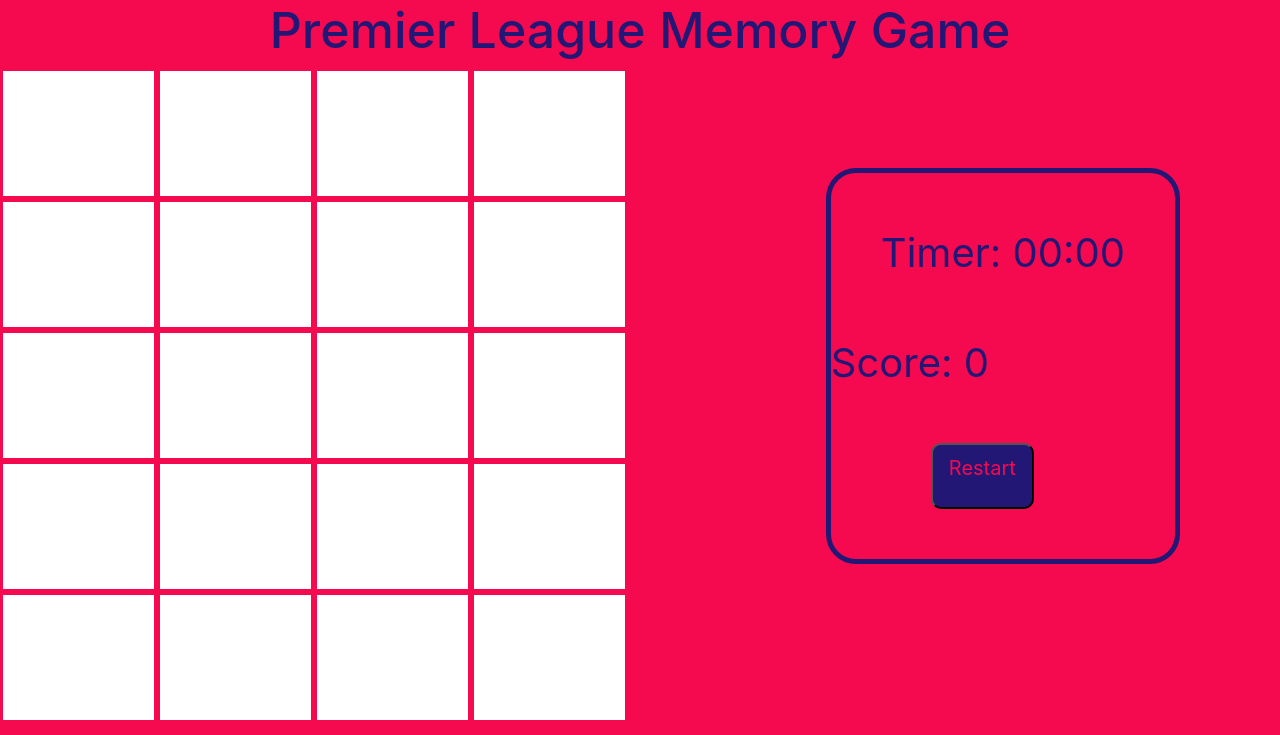
Repository: IchaTreasure/Premier-League-Memory-Game-
Page: index.html
The author's editor kept a record of every edit. The page is drawn from the files as they stood at one moment, then again after the next edit.
The browser window is 1280 px wide. The pictures show the whole page.
Some web libraries are served in a nearby version.

Above is the page before.
Console error: TypeError: Cannot read properties of null (reading 'addEventListener')

### index.html
<!DOCTYPE html>
<html lang="en">

<head>
    <meta charset="UTF-8">
    <meta name="viewport" content="width=device-width, initial-scale=1.0">
    <meta http-equiv="X-UA-Compatible" content="ie=edge">

    <link rel="stylesheet" href="https://maxcdn.bootstrapcdn.com/bootstrap/4.1.3/css/bootstrap.min.css">
    <link rel="stylesheet" href="https://use.fontawesome.com/releases/v5.6.1/css/all.css" integrity="sha384-gfdkjb5BdAXd+lj+gudLWI+BXq4IuLW5IT+brZEZsLFm++aCMlF1V92rMkPaX4PP" crossorigin="anonymous">
    <link rel="stylesheet" href="https://stackpath.bootstrapcdn.com/bootstrap/4.3.1/css/bootstrap.min.css" type="text/css" />
    <link rel="stylesheet" href="https://stackpath.bootstrapcdn.com/font-awesome/4.7.0/css/font-awesome.min.css" type="text/css" />
    <link rel="stylesheet" href="https://cdnjs.cloudflare.com/ajax/libs/hover.css/2.3.1/css/hover-min.css" type="text/css" />
    <link href="https://fonts.googleapis.com/css?family=Roboto:400,700" rel="stylesheet">
    <link rel="canonical" href="https://getbootstrap.com/docs/4.3/examples/starter-template/">



    <link rel="stylesheet" href="styles.css" type="text/css" />
    <title>Premier League Memory Game</title>
</head>

<body>
    <!-- Title of the the game -->
    <h1 style="color: #221775; text-align: center; font-size: 50px;">
        Premier League Memory Game
    </h1>

    <!-- div for info about the current status of the game i.e time, score, flips -->
    <div class="game-info">

        <!-- div to show timer -->
        <div class="game-timer">
            <span>Timer:</span>
            <span>00:00</span>
        </div>

        <!-- div to show currnet score -->
        <div id="game-score">
        <span>Score:</span>
        <span>0</span>
        </div>

        <!-- div to reset the game -->
        <button class="reset-game btn-lg active">
       <p style="color: #f50a50;">Restart</p>
        </button>

    </div>

    <!-- div for the 4x5 Memory game -->
    <div id="game-container">

        <!-- div for the front and back images of the cards , coppied 20 time because its a 4x5 -->
        <div id="memory-card1" class="memory-card">
            <div id="back-card1" class="back-card">
                <img src="Images/manunited.jpg"></img>
            </div>
            <div id="front-card1" class="front-card">

            </div>
        </div>

        <!-- div for the front and back images of the cards , coppied 20 time because its a 4x5 -->
        <div id="memory-card2" class="memory-card">
            <div id="back-card2" class="back-card">
                <img src="Images/Mancity.png"></img>
            </div>
            <div id="front-card2" class="front-card">

            </div>
        </div>

        <!-- div for the front and back images of the cards , coppied 20 time because its a 4x5 -->
        <div id="memory-card3" class="memory-card">
            <div id="back-card3" class="back-card">
                <img src="Images/leicester.jpg"></img>
            </div>
            <div id="front-card3" class="front-card">

            </div>
        </div>

        <!-- div for the front and back images of the cards , coppied 20 time because its a 4x5 -->
        <div id="memory-card4" class="memory-card">
            <div id="back-card4" class="back-card">
                <img src="Images/Everton.png"></img>
            </div>
            <div id="front-card4" class="front-card">

            </div>
        </div>

        <!-- div for the front and back images of the cards , coppied 20 time because its a 4x5 -->
        <div id="memory-card5" class="memory-card">
            <div id="back-card5" class="back-card">
                <img src="Images/chelsea.png"></img>
            </div>
            <div id="front-card5" class="front-card">

            </div>
        </div>

        <!-- div for the front and back images of the cards , coppied 20 time because its a 4x5 -->
        <div id="memory-card6" class="memory-card">
            <div id="back-card6" class="back-card">
                <img src="Images/Watford.png"></img>
            </div>
            <div id="front-card6" class="front-card">

            </div>
        </div>

        <!-- div for the front and back images of the cards , coppied 20 time because its a 4x5 -->
        <div id="memory-card7" class="memory-card">
            <div id="back-card7" class="back-card">
                <img src="Images/west-ham.png"></img>
            </div>
            <div id="front-card7" class="front-card">

            </div>
        </div>

        <!-- div for the front and back images of the cards , coppied 20 time because its a 4x5 -->
        <div id="memory-card8" class="memory-card">
            <div id="back-card8" class="back-card">
                <img src="Images/bournemouth.jpg"></img>
            </div>
            <div id="front-card8" class="front-card">

            </div>
        </div>

        <!-- div for the front and back images of the cards , coppied 20 time because its a 4x5 -->
        <div id="memory-card9" class="memory-card">
            <div id="back-card9" class="back-card">
                <img src="Images/Burnley.png"></img>
            </div>
            <div id="front-card9" class="front-card">

            </div>
        </div>

        <!-- div for the front and back images of the cards , coppied 20 time because its a 4x5 -->
        <div id="memory-card10" class="memory-card">
            <div id="back-card10" class="back-card">
                <img src="Images/crystal_pal.png"></img>
            </div>
            <div id="front-card10" class="front-card">

            </div>
        </div>

        <!-- div for the front and back images of the cards , coppied 20 time because its a 4x5 -->
        <div id="memory-card11" class="memory-card">
            <div id="back-card11" class="back-card">
                <img src="Images/manunited.jpg"></img>
            </div>
            <div id="front-card11" class="front-card">

            </div>
        </div>

        <!-- div for the front and back images of the cards , coppied 20 time because its a 4x5 -->
        <div id="memory-card12" class="memory-card">
            <div id="back-card12" class="back-card">
                <img src="Images/Watford.png"></img>
            </div>
            <div id="front-card12" class="front-card">

            </div>
        </div>

        <!-- div for the front and back images of the cards , coppied 20 time because its a 4x5 -->
        <div id="memory-card13" class="memory-card">
            <div id="back-card13" class="back-card">
                <img src="Images/Burnley.png"></img>
            </div>
            <div id="front-card13" class="front-card">

            </div>
        </div>

        <!-- div for the front and back images of the cards , coppied 20 time because its a 4x5 -->
        <div id="memory-card14" class="memory-card">
            <div id="back-card14" class="back-card">
                <img src="Images/west-ham.png"></img>
            </div>
            <div id="front-card14" class="front-card">

            </div>
        </div>

        <!-- div for the front and back images of the cards , coppied 20 time because its a 4x5 -->
        <div id="memory-card15" class="memory-card">
            <div id="back-card15" class="back-card">
                <img src="Images/chelsea.png"></img>
            </div>
           <div id="front-card15" class="front-card">

            </div>
        </div>

        <!-- div for the front and back images of the cards , coppied 20 time because its a 4x5 -->
        <div id="memory-card16" class="memory-card">
            <div id="back-card16" class="back-card">
                <img src="Images/bournemouth.jpg"></img>
            </div>
            <div id="front-card16" class="front-card">

            </div>
        </div>

        <!-- div for the front and back images of the cards , coppied 20 time because its a 4x5 -->
        <div id="memory-card17" class="memory-card">
            <div id="back-card17" class="back-card">
                <img src="Images/leicester.jpg"></img>
            </div>
            <div id="front-card17" class="front-card">

            </div>
        </div>

        <!-- div for the front and back images of the cards , coppied 20 time because its a 4x5 -->
        <div id="memory-card18" class="memory-card">
            <div id="back-card18" class="back-card">
                <img src="Images/crystal_pal.png"></img>
            </div>
            <div id="front-card18" class="front-card">

            </div>
        </div>

        <!-- div for the front and back images of the cards , coppied 20 time because its a 4x5 -->
        <div id="memory-card19" class="memory-card">
            <div id="back-card19" class="back-card">
                <img src="Images/Mancity.png"></img>
            </div>
            <div id="front-card19" class="front-card">

            </div>
        </div>

        <!-- div for the front and back images of the cards , coppied 20 time because its a 4x5 -->
        <div id="memory-card20" class="memory-card">
            <div id="back-card20" class="back-card">
                <img src="Images/Everton.png"></img>
            </div>
            <div id="front-card20" class="front-card">

            </div>
        </div>

    </div>

<script type="text/javascript" src="script.js"></script>

    <script src="https://code.jquery.com/jquery-3.3.1.slim.min.js" integrity="sha384-q8i/X+965DzO0rT7abK41JStQIAqVgRVzpbzo5smXKp4YfRvH+8abtTE1Pi6jizo" crossorigin="anonymous"></script>
    <script src="https://cdnjs.cloudflare.com/ajax/libs/popper.js/1.14.7/umd/popper.min.js" integrity="sha384-UO2eT0CpHqdSJQ6hJty5KVphtPhzWj9WO1clHTMGa3JDZwrnQq4sF86dIHNDz0W1" crossorigin="anonymous"></script>
    <script src="https://stackpath.bootstrapcdn.com/bootstrap/4.3.1/js/bootstrap.min.js" integrity="sha384-JjSmVgyd0p3pXB1rRibZUAYoIIy6OrQ6VrjIEaFf/nJGzIxFDsf4x0xIM+B07jRM" crossorigin="anonymous"></script>

</body>

</html>

### styles.css
* {
  padding: 0;
  margin: 0;
  box-sizing: border-box;
  user-select: none;
}

body {
  background: #f50a50;
}

/* currnent status of the game stying */
.game-info {
  float: right;
	font-size: 40px;
	color: #221775;
	margin-top: 100px;
	margin-bottom: 130px;
	margin-right: 100px;
	margin-left: 100px;
	border: 5px solid #221775;
	border-radius: 30px;
}

/* Space between the timer and score */
.game-score,
.game-timer{
  margin: 50px;
}

.reset-game {
  background-color: #221775;
	margin: 50px;
	margin-left: 100px;
	border-radius: 10px;
}

.game-container {
  float: left;
	width: 800px;
	height: auto;
	margin: 10px 20px 20px 100px;
	border: 6px solid #221775;
	background-color: #221775;
	border-radius: 25px;
}

img {
	width: 100px;
	height: 90px;
}

.memory-card{
  width: 151px;
	height: 125px;
	display: inline-block;
	float: left;
	margin: 3px;
	padding-left: 25px;
	padding-top: 15px;
	background-color: white;
}

.front-card {
	position: absolute;
	width: 150px;
	height: 125px;
	margin: 0;
	transform: rotateY(0deg);
	transition: transform 0.5s linear 0s;
	backface-visibility: hidden;
}

.back-card {
	position: absolute;
	width: 150px;
	height: 125px;
	padding-left: 50px;
	transform: rotateY(180deg);
	transition: transform 0.5s linear 0s;
	backface-visibility: hidden;
}

### script.js
//retriving the the classes of the game, timer, score and reset
var gamecontainer = document.getElementById("game-container");
var gametimer = document.getElementsByClassName("game-timer");
var gamescore = document.getElementById("game-score");
var resetgame = document.getElementsByClassName("reset-game");

var cardChecked = 0;
var cardNumber; // id of which card was clicked

var frontcard;
var backcard;

var endgame = false;

var cardIndex = [0, 0, 0, 0, 0, 0, 0, 0, 0, 0, 0, 0, 0, 0, 0, 0, 0, 0, 0, 0];

var cardTextRecord = [];

var cardRecord = [];

var numberOfFlips = 0;

var scoreCounter = 0;

//Fliping the cards
//gamecontainer.addEventListener("click", function(e) { // Listening for click
document.getElementById("game-container").addEventListener("click", function(e) { // Listening for click
	var targetElement = e.target.parentElement; //finding out which element was clicked and the parent of that elemnt
	var numId = targetElement.id;
	if (Number.isInteger(parseInt(numId.replace("back-card", ""), 10))) {
		cardClicked(targetElement.parentElement.id);
	}
	else {
		cardClicked(numId);
	}
});


function cardClicked(cardId) {
	cardNumber = cardId.replace("memory-card", "");
	cardNumber = parseInt(cardNumber, 10);

	if (cardIndex[cardNumber - 1] == 0 && cardChecked == 0 && endgame == false) {

		//frontcard = document.getElementById("front-card" + cardNumber);
		//backcard = document.getElementById("back-card" + cardNumber);
		document.getElementById("front-card" + cardNumber).style.transform = "rotateY(-180deg)";
		document.getElementById("back-card" + cardNumber).style.transform = "rotateY(0deg)";

		cardTextRecord.push(document.getElementById("back-card" + cardNumber).innerHTML);
		cardRecord.push(cardNumber);

		numberOfFlips++;
		cardIndex[cardNumber - 1] = 1;

		if (numberOfFlips == 2) {
			if (cardTextRecord[0] == cardTextRecord[1]) {
				scoreCounter++;
				//gamescore.innerHTML = "Score: " + scoreCounter;
				document.getElementById("game-score").innerHTML = "Score: " + scoreCounter;
				cardTextRecord = [];
				cardRecord = [];

				numberOfFlips = 0;

				if (scoreCounter == 10) {
					clearTimeout();
					setTimeout(function() { showScore(); }, 600);
				}
				return;
			}
			else {
				cardChecked = 1;
				setTimeout(function() { unFlip(); }, 600);
				return;
			}
		}
	}

	if (endgame == true) {
		alert("Game Over, click reset to reshuffle the Board");
	}
}

function unFlip() {
	document.getElementById("front-card" + cardRecord[0]).style.transform = "rotateY(0deg)";
	document.getElementById("back-card" + cardRecord[0]).style.transform = "rotateY(180deg)";
	document.getElementById("front-card" + cardRecord[1]).style.transform = "rotateY(0deg)";
	document.getElementById("back-card" + cardRecord[1]).style.transform = "rotateY(180deg)";

	cardIndex[cardRecord[0] - 1] = 0;
	cardIndex[cardRecord[1] - 1] = 0;
	cardTextRecord = [];
	cardRecord = [];
	numberOfFlips = 0;
	cardChecked = 0;
}

function showScore() {
	endgame = true;

	if (scoreCounter == 10) {
		alert("Congratulations! You won! Your Score is " + scoreCounter);
	}
	else {
		alert("Sorry!!!! You Lost Your score is " + scoreCounter);

	}
}

document.getElementById("reset-game").addEventListener("click", startNewGame);

function startNewGame() {
	window.location.reload();
}

After the next edit:
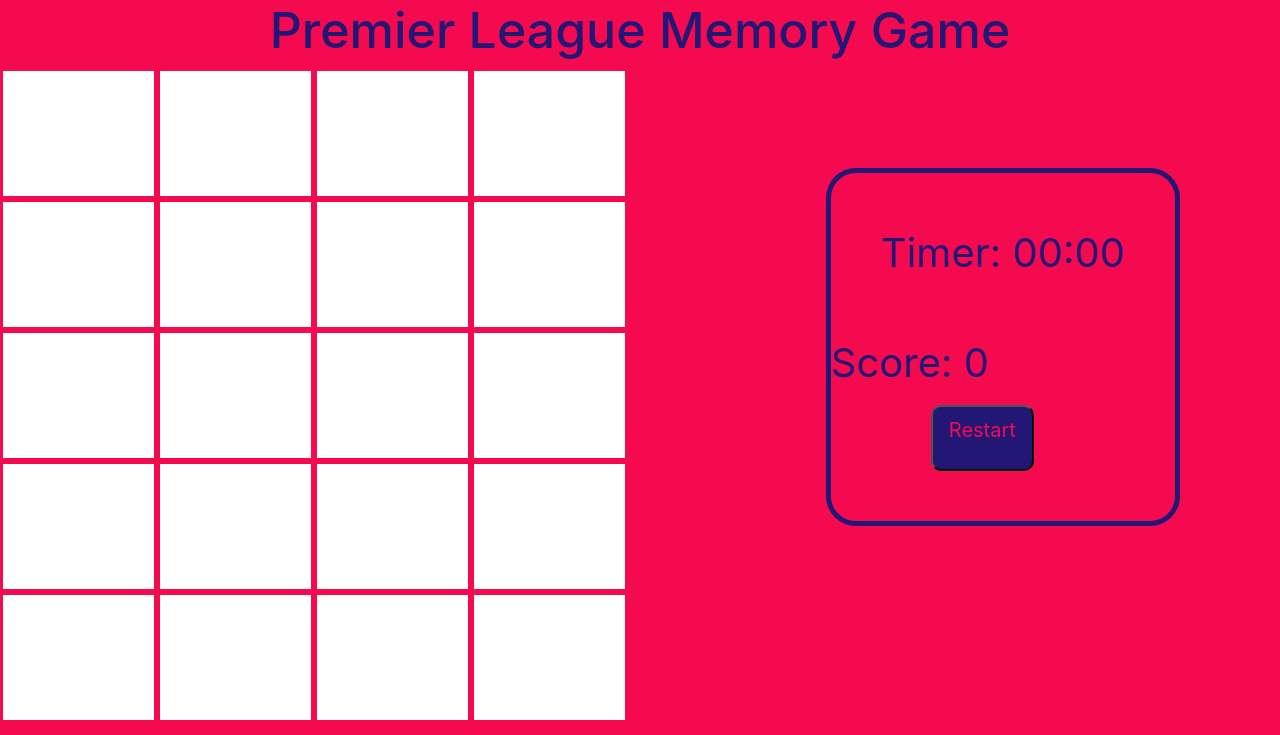
The edit:
--- a/styles.css
+++ b/styles.css
@@ -30,7 +30,7 @@
 
 .reset-game {
   background-color: #221775;
-	margin: 50px;
+	margin-bottom: 50px;
 	margin-left: 100px;
 	border-radius: 10px;
 }
